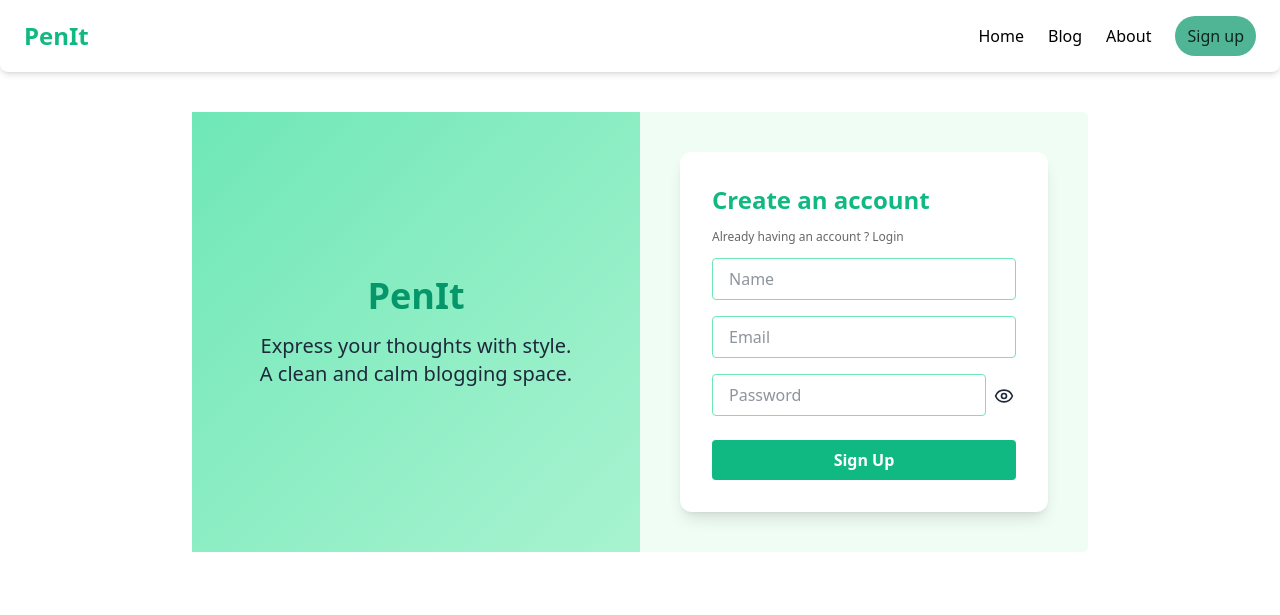
Repository: Mounika-chukkala/PenIt
Page: /signup (app in frontend/)
The author's editor kept a copy of each file at every save. The page is drawn from the files as they stood at one save, then again after the next save.
The browser window is 1280 px wide. The pictures show the whole page.
The project was rebuilt for these pictures with package versions that can differ from the ones it lists, and the page was loaded fresh each time. Also part of the build but not shown: frontend/vite.config.js, frontend/src/Pages/Login.jsx, frontend/src/components/CreateBlog.jsx.

Above is the page before, as saved 2025-05-20 18:25:54.

After the next save:
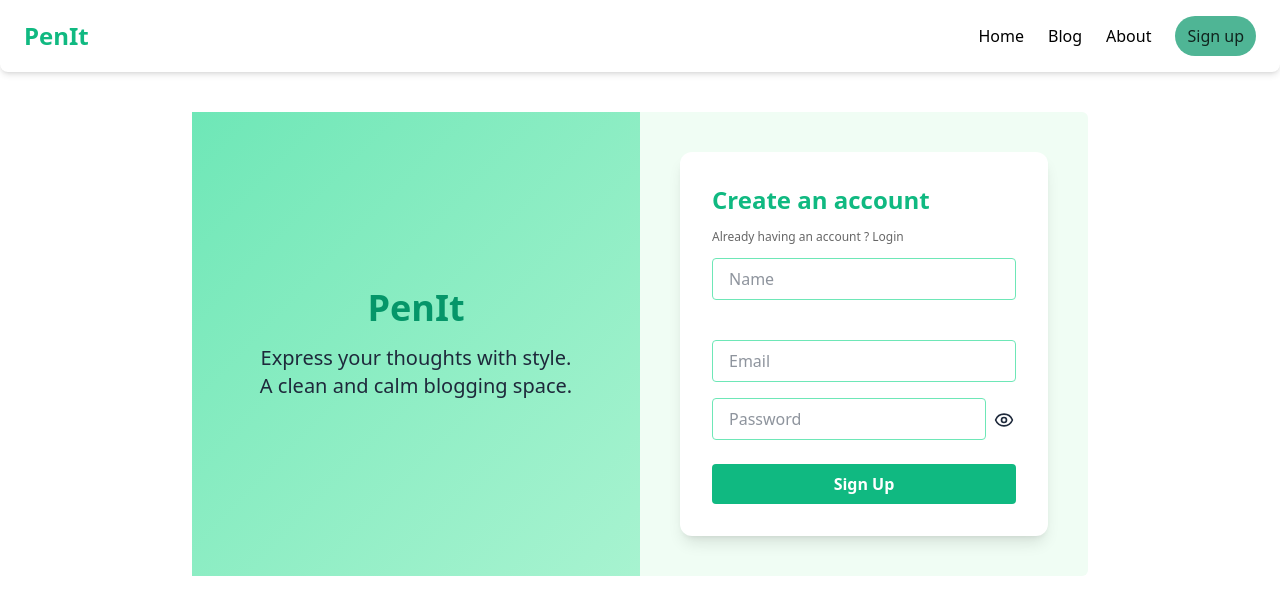
Saved 6 min 0 s later.
--- a/frontend/src/Pages/Signup.jsx
+++ b/frontend/src/Pages/Signup.jsx
@@ -54,6 +54,7 @@ alert(res.message)
             placeholder="Name"
             onChange={(e) => setUserData({ ...userData, name: e.target.value })}
           />
+          <input className=""/>
           <input
             className="w-full mb-4 px-4 py-2 border border-[#6EE7B7] rounded focus:outline-none focus:ring-2 focus:ring-[#10B981]"
             type="email"
